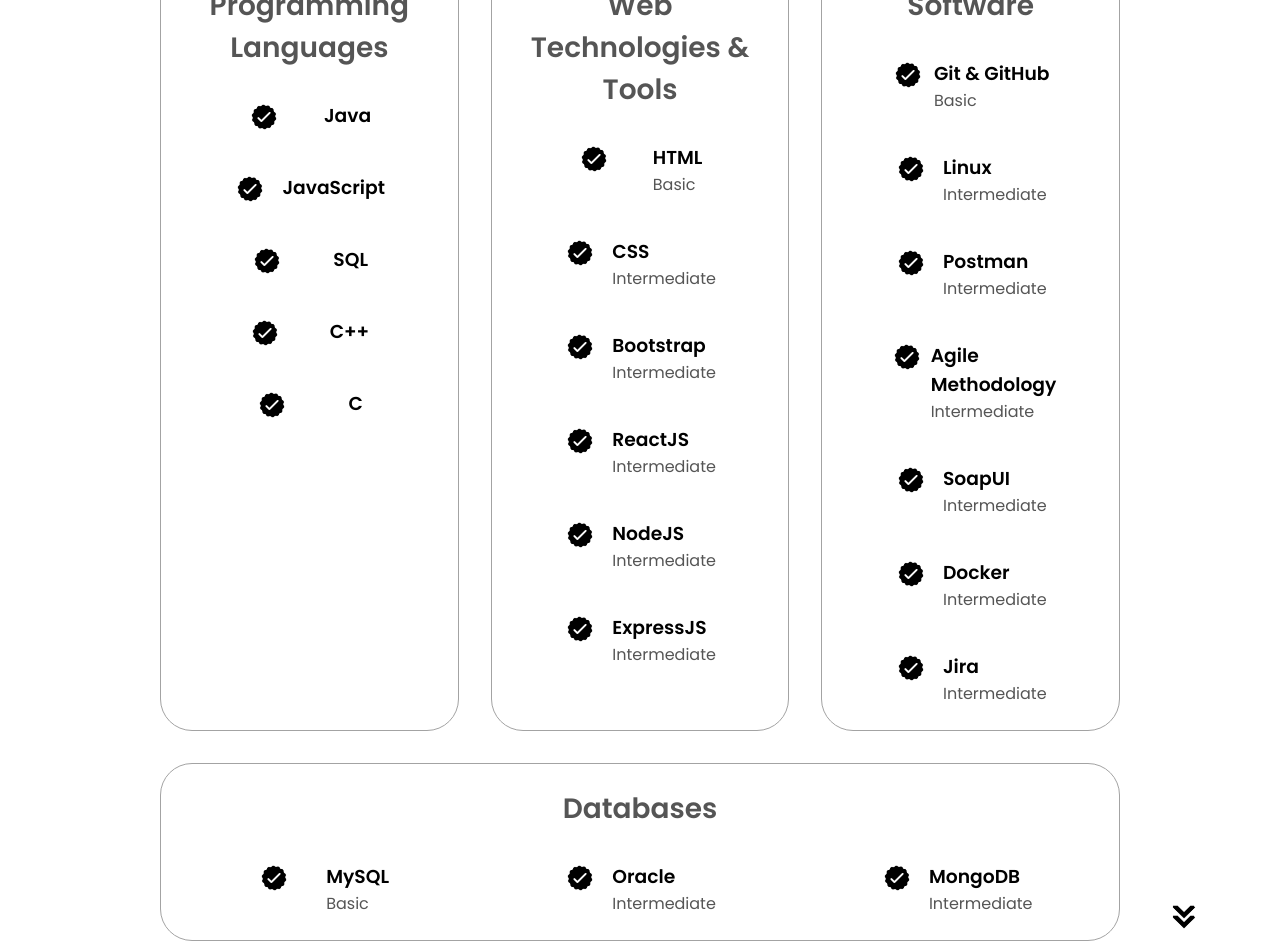
Repository: Pradnya-07/Portfolio-Pradnya
Page: index.html
These files come from the project's save history. The page is drawn as it stood at one moment and after the next save; the edit follows.
The browser window is 1280 px wide. The pictures show the part of the page from y = 1705 to 2657 px (the page is 4626 px tall before and 4681 px after).
A picture or video elsewhere on the page could not be fetched, so the positions and the page height are approximate.

Above is the page before, as saved 2025-04-25 14:03:41.

After the next save:
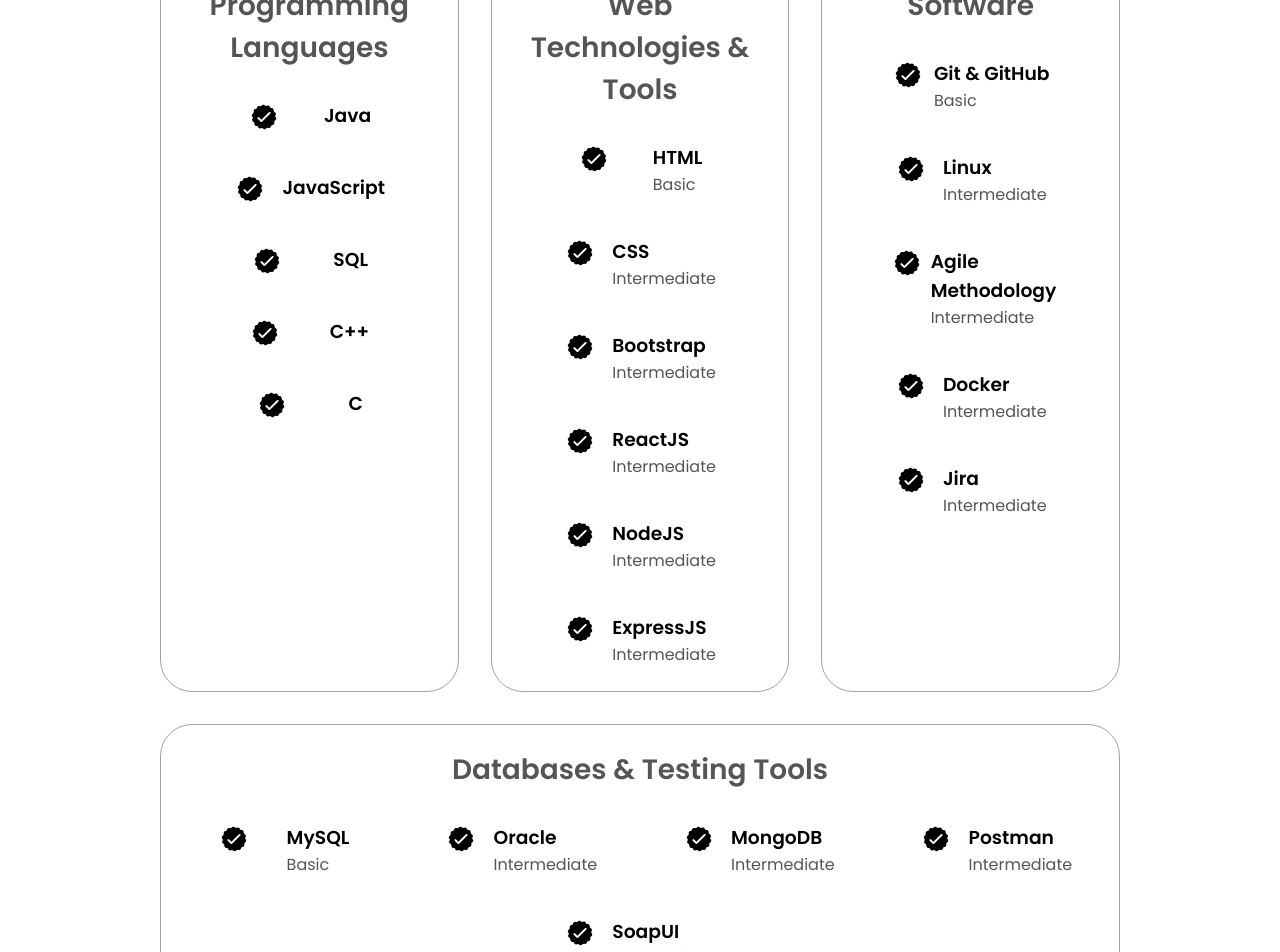
Saved 2 min 26 s later.
--- a/index.html
+++ b/index.html
@@ -278,17 +278,7 @@
                   <p>Intermediate</p>
                 </div>
               </article>
-              <article>
-                <img
-                  src="./assets/checkmark.png"
-                  alt="Experience icon"
-                  class="icon"
-                />
-                <div>
-                  <h3>Postman</h3>
-                  <p>Intermediate</p>
-                </div>
-              </article>
+
               <article>
                 <img
                   src="./assets/checkmark.png"
@@ -300,17 +290,7 @@
                   <p>Intermediate</p>
                 </div>
               </article>
-              <article>
-                <img
-                  src="./assets/checkmark.png"
-                  alt="Experience icon"
-                  class="icon"
-                />
-                <div>
-                  <h3>SoapUI</h3>
-                  <p>Intermediate</p>
-                </div>
-              </article>
+
               <article>
                 <img
                   src="./assets/checkmark.png"
@@ -337,7 +317,7 @@
           </div>
 
           <div class="details-container">
-            <h2 class="experience-sub-title">Databases</h2>
+            <h2 class="experience-sub-title">Databases & Testing Tools</h2>
             <div class="article-container">
               <article>
                 <img
@@ -369,6 +349,28 @@
                 />
                 <div>
                   <h3>MongoDB</h3>
+                  <p>Intermediate</p>
+                </div>
+              </article>
+              <article>
+                <img
+                  src="./assets/checkmark.png"
+                  alt="Experience icon"
+                  class="icon"
+                />
+                <div>
+                  <h3>Postman</h3>
+                  <p>Intermediate</p>
+                </div>
+              </article>
+              <article>
+                <img
+                  src="./assets/checkmark.png"
+                  alt="Experience icon"
+                  class="icon"
+                />
+                <div>
+                  <h3>SoapUI</h3>
                   <p>Intermediate</p>
                 </div>
               </article>
